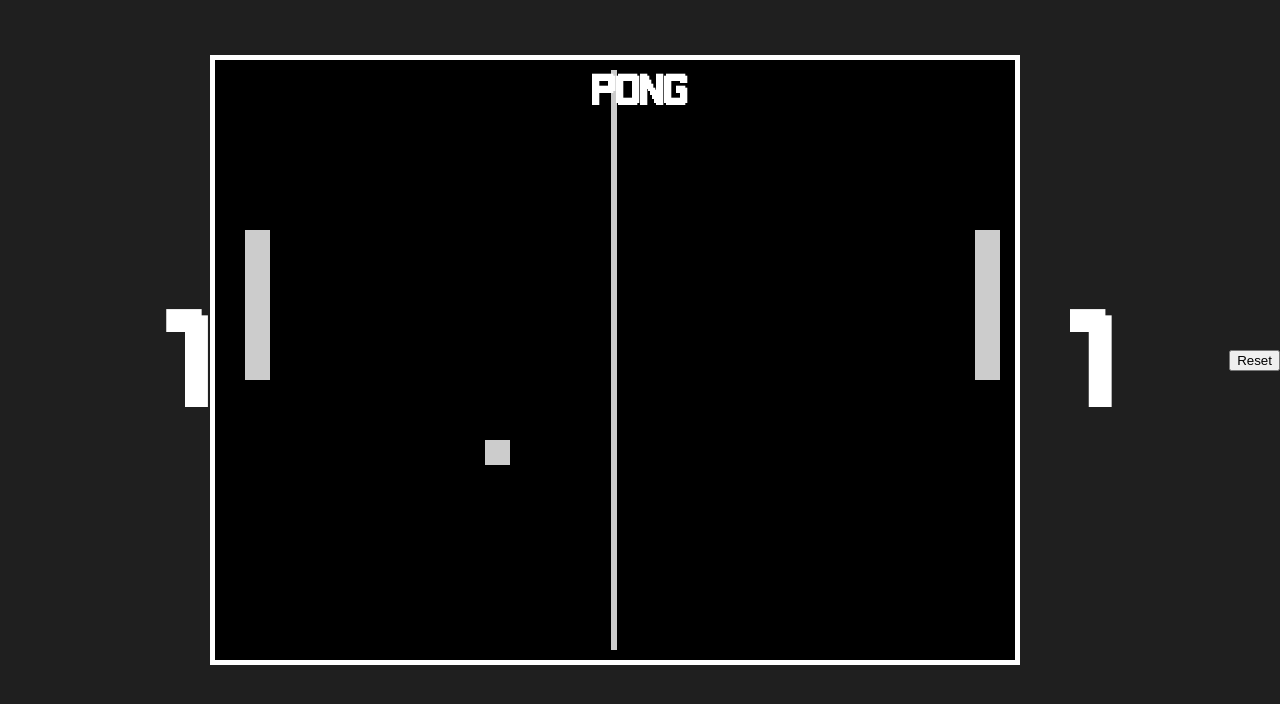
Repository: HaoHanLin7799/TFG
Page: TFG-main/GAMES/PONG/index.html
The author's editor kept a copy of each file at every save. The page is drawn from the files as they stood at one save, then again after the next save.
The browser window is 1280 px wide. The pictures show the whole page.

Above is the page before, as saved 2026-04-13 23:21:19.

After the next save:
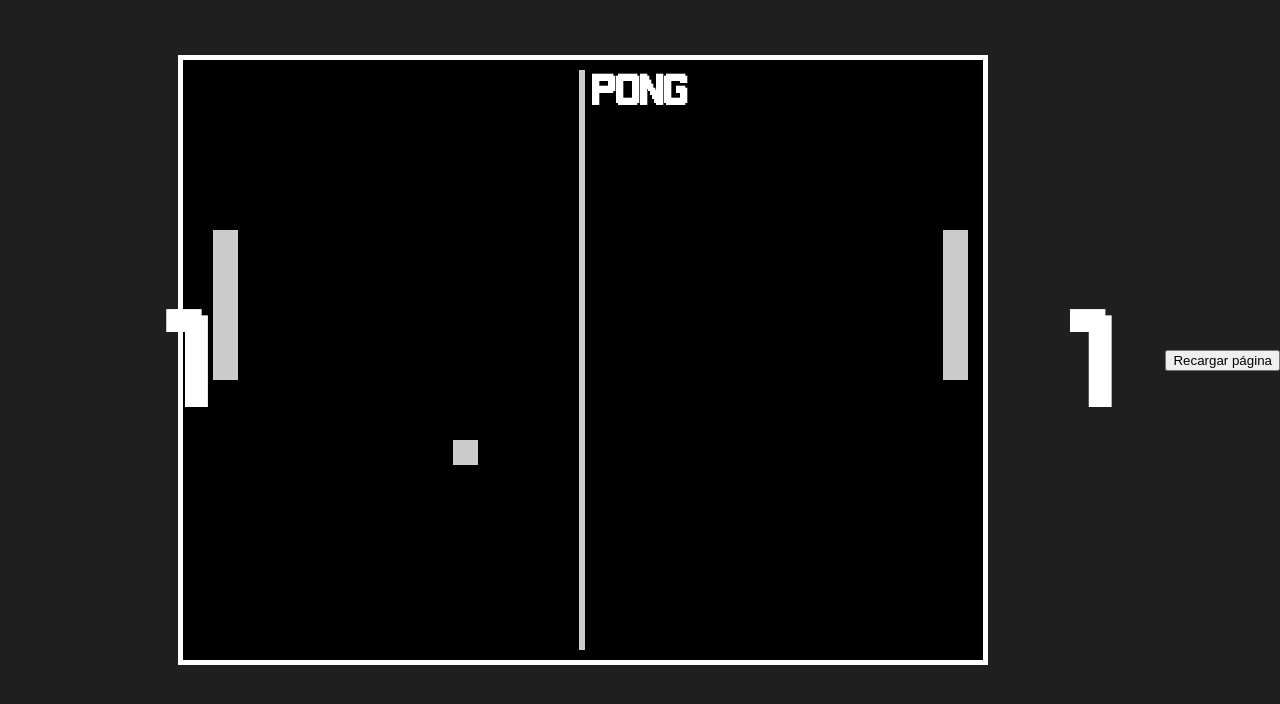
Saved 18 s later.
--- a/TFG-main/GAMES/PONG/index.html
+++ b/TFG-main/GAMES/PONG/index.html
@@ -12,6 +12,6 @@
     <h2 id="pts-J2">0</h2>
     <canvas id="gameCanvas" width="800" height="600"></canvas>
     <script src="script.js"></script>
-    <button type="button" onclick="resetGame()">Reset</button>
+    <button onclick="location.reload()">Recargar página</button>
 </body>
 </html>
